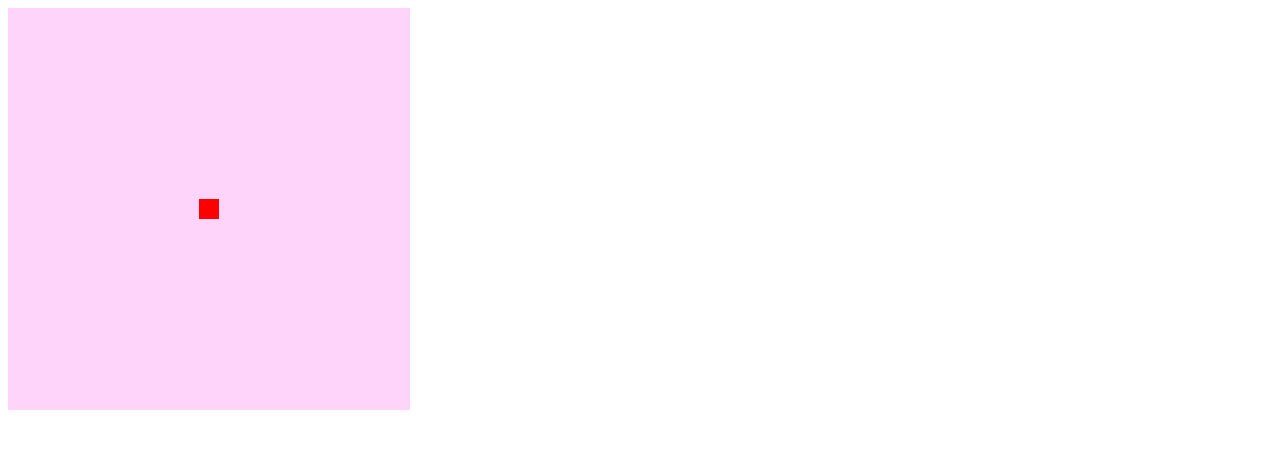
Repository: HyunraDate/ZhongpingShen
Page: Chocolate.html
These files come from the project's save history. The page is drawn as it stood at one moment and after the next save; the edit follows.
The browser window is 1280 px wide. The pictures show the whole page.

Above is the page before, as saved 2024-02-16 14:38:23.

After the next save:
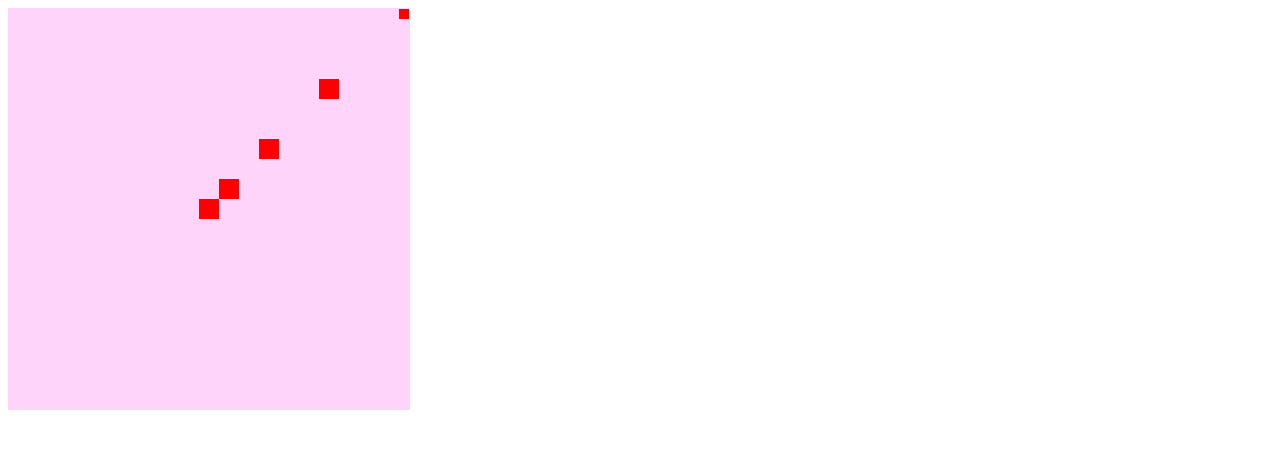
Saved 46 s later.
--- a/app2.js
+++ b/app2.js
@@ -145,6 +145,8 @@ gl.clear(gl.COLOR_BUFFER_BIT)
 let x = 0
 let y = 0
 for(let i = 0; i < 10; i++){
+    x += i / 10
+    y += i / 10
     let location = gl.getAttribLocation(gl.program, 'a_position') //传参：我们WebGL的名称：program
     console.log(location) //获取成功是0，失败是-1
 
